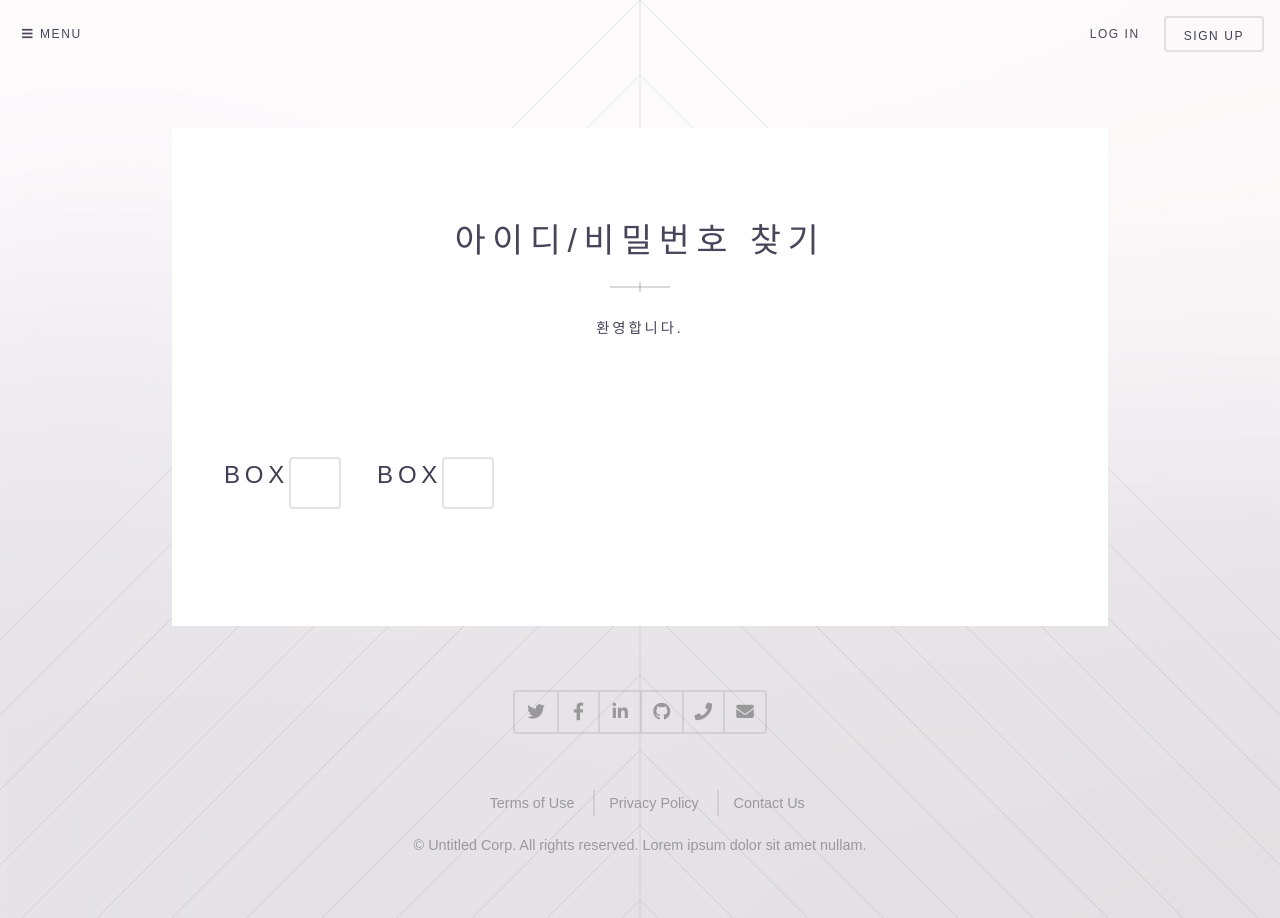
Repository: WKMoon/JavaScript-Project
Page: myFront/WebContent/find.html
These files come from the project's save history. The page is drawn as it stood at one moment and after the next save; the edit follows.
The browser window is 1280 px wide. The pictures show the whole page.
Some web fonts or font styles are not loaded; a fallback is used.

Above is the page before, as saved 2021-02-25 08:06:34.

### myFront/WebContent/find.html
<!DOCTYPE html>
<html>
<head>
<meta charset="UTF-8">
<meta name="viewport" content="width=device-width, initial-scale=1, user-scalable=no" />
<link rel="stylesheet" href="assets/css/main.css" />
<title>아이디/비밀번호 찾기</title>
</head>
	<body class="is-preload">

		<!-- Header -->
			<header id="header">
				<a href="#menu">Menu</a>
				<a href="login.html">Log In</a>
				<a href="signup.html" class="button">Sign Up</a>
			</header>

		<!-- Nav -->
			<nav id="menu">
				<ul class="links">
					<li><a href="index.html">Home</a></li>
					<li><a href="generic.html">Generic</a></li>
					<li><a href="elements.html">Elements</a></li>
				</ul>
				<ul class="actions stacked">
					<li><a href="login.html" class="button primary fit">Log In</a></li>
					<li><a href="signup.html" class="button fit">Sign Up</a></li>
				</ul>
			</nav>


		<!-- Main -->
			<section id="main" class="wrapper style1">
				<div class="inner">

					<!-- Title -->
						<header class="major special">
							<h1>아이디/비밀번호 찾기</h1>
							<p>환영합니다.</p>
						</header>

					<!-- Content -->
						<div class="content">
							<form method="post" action="#">
											<div class="row">
												<h3>Box</h3>
										<div class="box" style="display:inline">
										</div>

										<h3>Box</h3>
										<div class="box">
										</div>
											</div>
										</form>
						</div>

				</div>
			</section>

		<!-- Footer -->
			<footer id="footer">
				<ul class="alt-icons">
					<li><a href="#" class="icon brands fa-twitter"><span class="label">Twitter</span></a></li>
					<li><a href="#" class="icon brands fa-facebook-f"><span class="label">Facebook</span></a></li>
					<li><a href="#" class="icon brands fa-linkedin-in"><span class="label">LinkedIn</span></a></li>
					<li><a href="#" class="icon brands fa-github"><span class="label">GitHub</span></a></li>
					<li><a href="#" class="icon solid fa-phone"><span class="label">Phone</span></a></li>
					<li><a href="#" class="icon solid fa-envelope"><span class="label">Email</span></a></li>
				</ul>
				<ul class="menu">
					<li><a href="#">Terms of Use</a></li>
					<li><a href="#">Privacy Policy</a></li>
					<li><a href="#">Contact Us</a></li>
				</ul>
				<p class="copyright">
					&copy; Untitled Corp. All rights reserved. Lorem ipsum dolor sit amet nullam.
				</p>
			</footer>

		<!-- Scripts -->
			<script src="assets/js/jquery.min.js"></script>
			<script src="assets/js/jquery.scrolly.min.js"></script>
			<script src="assets/js/jquery.scrollex.min.js"></script>
			<script src="assets/js/browser.min.js"></script>
			<script src="assets/js/breakpoints.min.js"></script>
			<script src="assets/js/util.js"></script>
			<script src="assets/js/main.js"></script>

	</body>
</html>

Loaded but not shown: myFront/WebContent/assets/js/jquery.min.js (library); myFront/WebContent/assets/js/jquery.scrolly.min.js (common file); myFront/WebContent/assets/js/jquery.scrollex.min.js (common file); myFront/WebContent/assets/js/browser.min.js (common file); myFront/WebContent/assets/js/breakpoints.min.js (common file); myFront/WebContent/assets/css/fontawesome-all.min.css (library); myFront/WebContent/assets/js/util.js (587 lines, source omitted); myFront/WebContent/assets/js/main.js (57 lines, source omitted); myFront/WebContent/assets/css/main.css (4487 lines, source omitted)

After the next save:
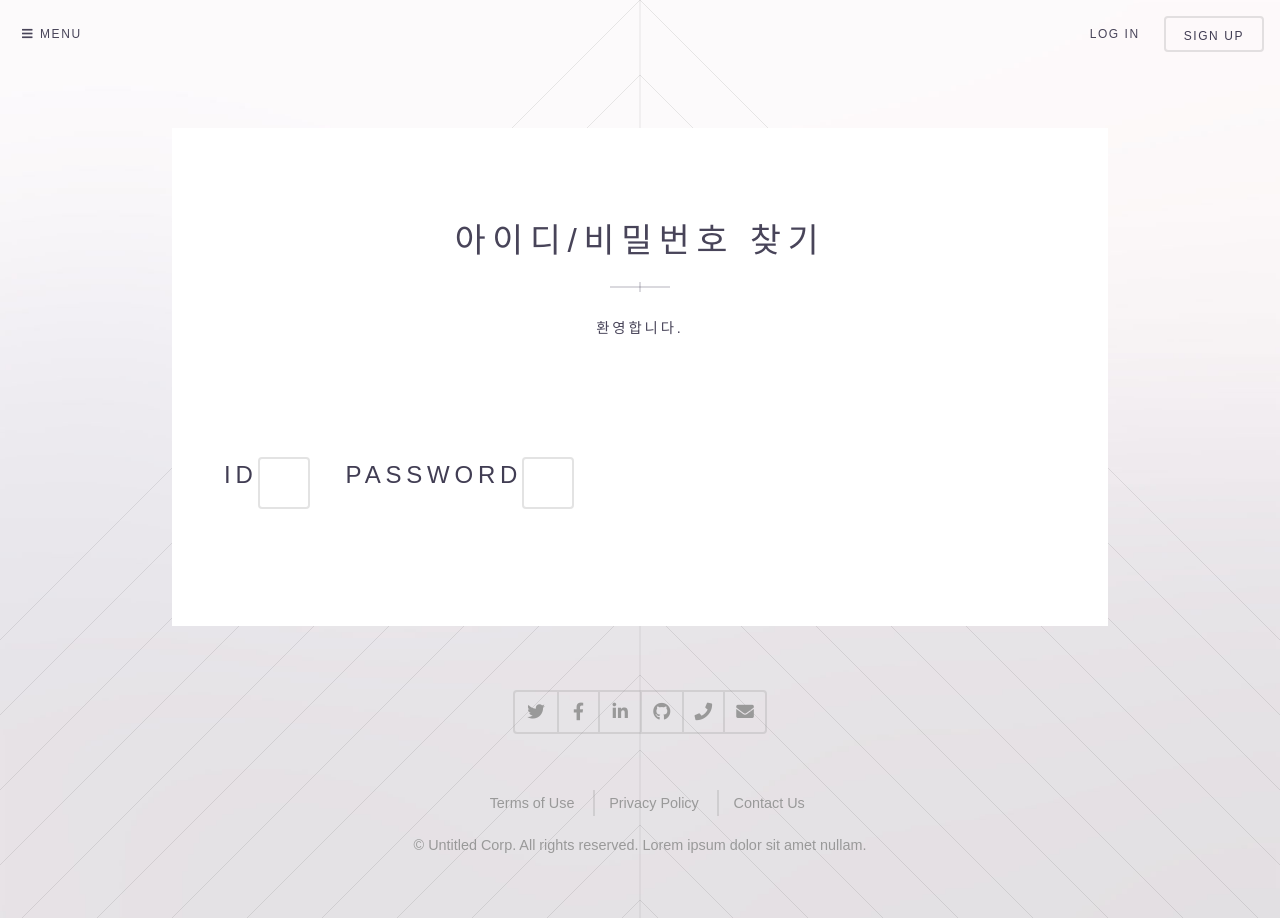
Saved 16 s later.
--- a/myFront/WebContent/find.html
+++ b/myFront/WebContent/find.html
@@ -43,11 +43,11 @@
 						<div class="content">
 							<form method="post" action="#">
 											<div class="row">
-												<h3>Box</h3>
+												<h3>ID</h3>
 										<div class="box" style="display:inline">
 										</div>
 
-										<h3>Box</h3>
+										<h3>Password</h3>
 										<div class="box">
 										</div>
 											</div>
